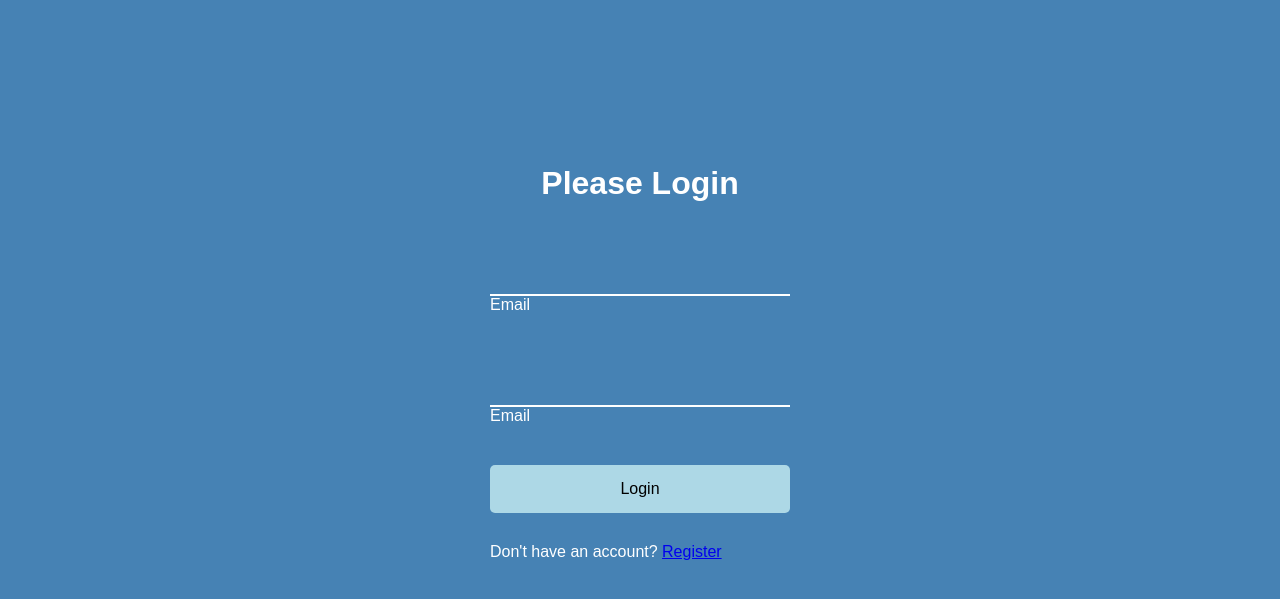
Repository: eagle-tex/50-projects-BT
Page: 08-form-wave-animation/index.html
The author's editor kept a copy of each file at every save. The page is drawn from the files as they stood at one save, then again after the next save.
The browser window is 1280 px wide. The pictures show the whole page.
Some web fonts or font styles are not loaded; a fallback is used.

Above is the page before, as saved 2021-01-07 23:25:49.

After the next save:
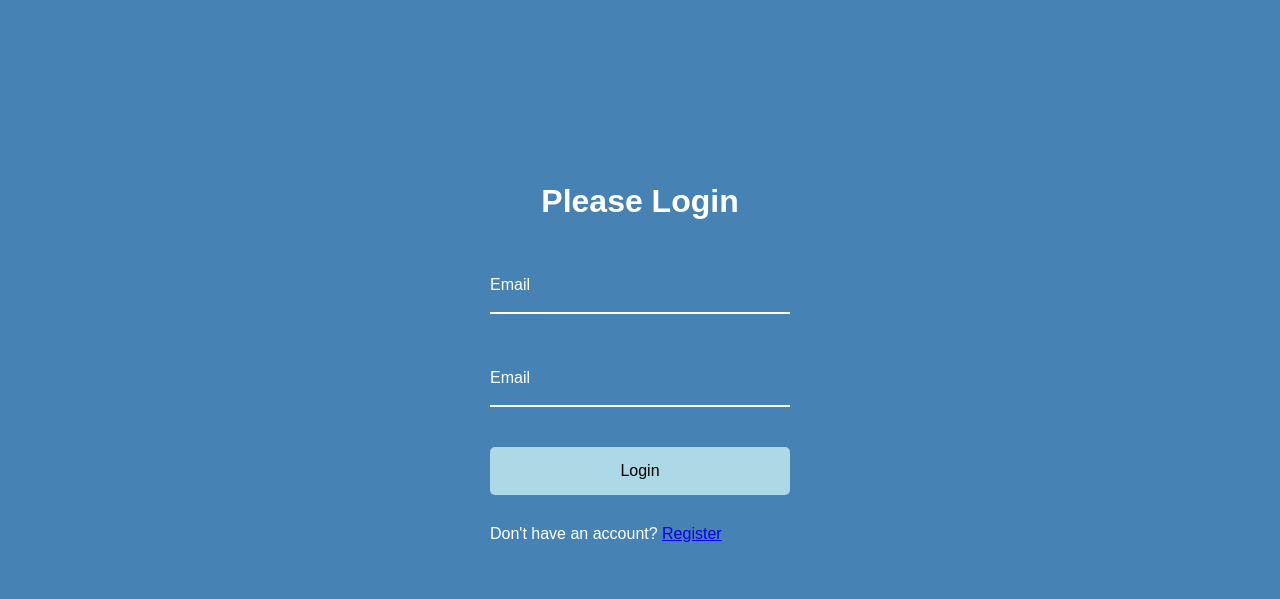
Saved 69 s later.
--- a/08-form-wave-animation/style.css
+++ b/08-form-wave-animation/style.css
@@ -90,3 +90,9 @@ body {
 .form-control input:valid {
   outline: 0;
 }
+
+.form-control label {
+  position: absolute;
+  top: 15px;
+  left: 0;
+}
